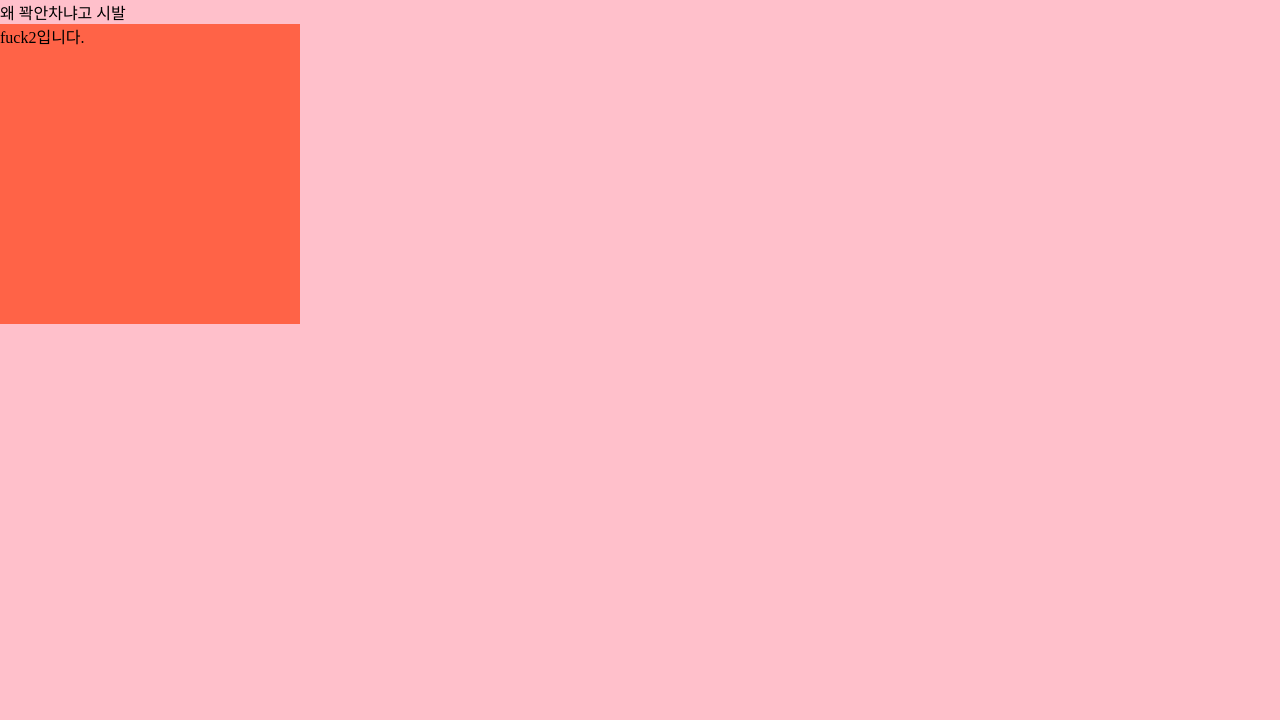
Repository: Devhyeongseon/Academy_Jsp
Page: http://localhost/MyBasic/user/DIV_Study.jsp
The author's editor kept a copy of each file at every save. The page is drawn from the files as they stood at one save, then again after the next save.
The browser window is 1280 px wide. The pictures show the whole page.
The page is served by Tomcat 9.

Above is the page before, as saved 2024-01-10 07:33:45.

After the next save:
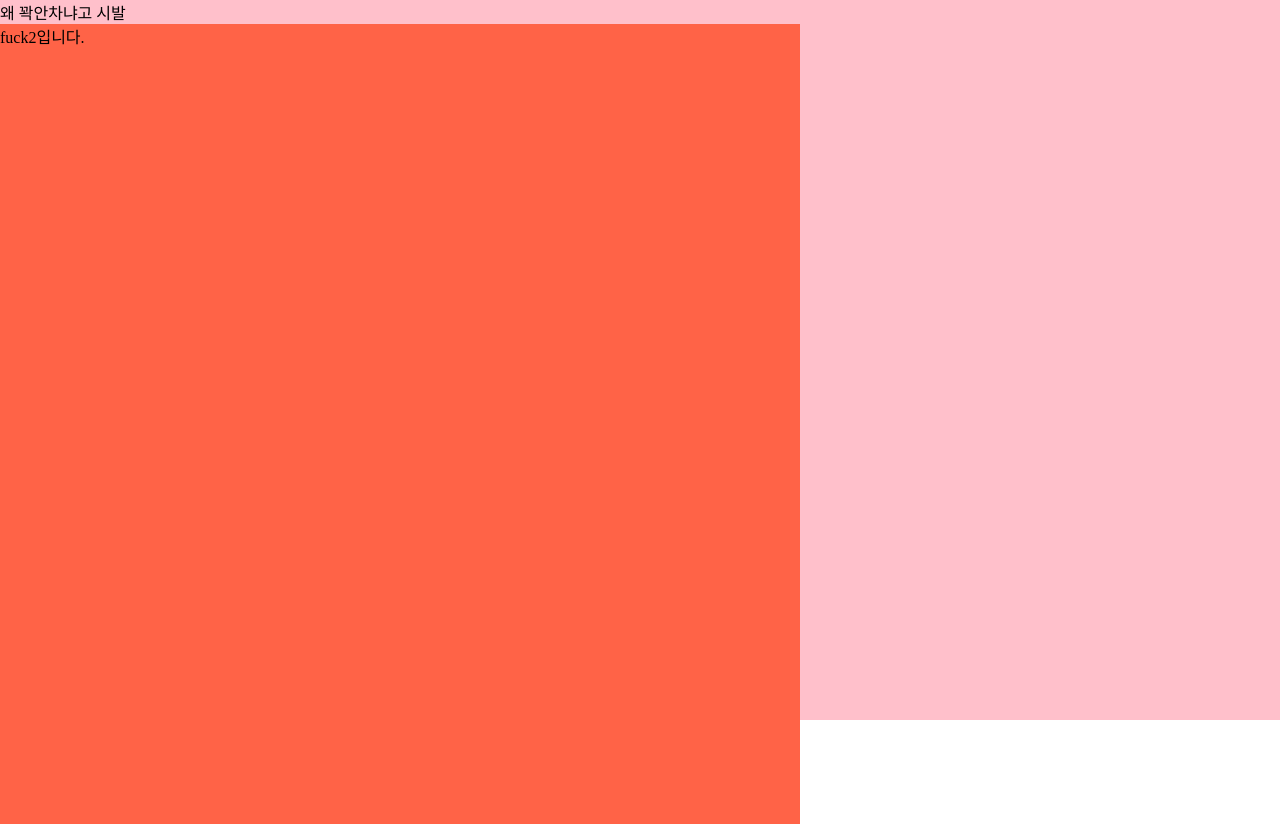
Saved 50 s later.
--- a/MyBasic/src/main/webapp/user/DIV_Study.jsp
+++ b/MyBasic/src/main/webapp/user/DIV_Study.jsp
@@ -19,8 +19,8 @@
 	background: pink;
 }
 .fuck2 {
-	width: 300px;
-	height: 300px;
+	width: 800px;
+	height: 800px;
 	background: tomato;
 }
 </style>
